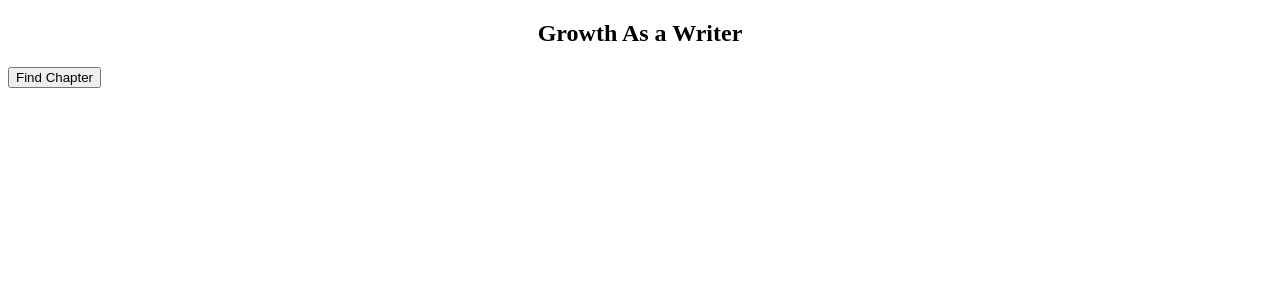
Repository: jpaisiem/WP-4
Page: index.html
These files come from the project's save history. The page is drawn as it stood at one moment and after the next save; the edit follows.
The browser window is 1280 px wide. The pictures show the whole page.

Above is the page before, as saved 2025-04-29 11:46:49.

After the next save:
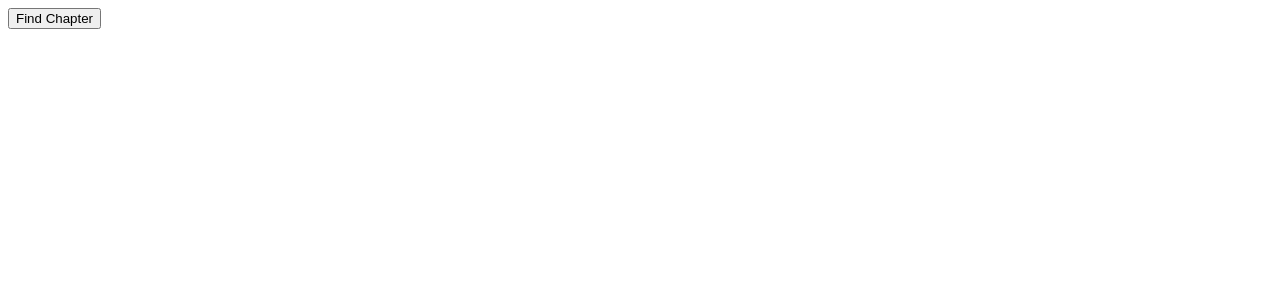
Saved 21 s later.
--- a/index.html
+++ b/index.html
@@ -64,7 +64,7 @@
 </head>
 <body style="text-align:center">
 
-<h2>Growth As a Writer</h2>
+
 
 <div class="popup" onclick="myFunction()" style=" text-align: left; display: flex; flex-direction: row;"><button>Find Chapter</button>
   <span class="popuptext" id="myPopup"> <table>
